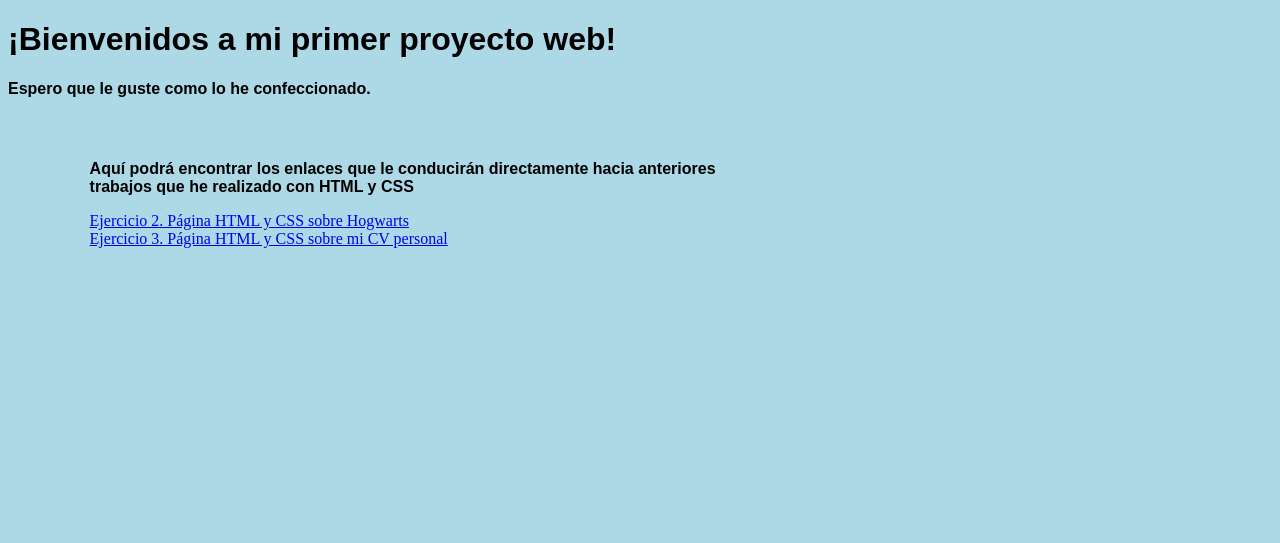
Repository: Pablosky971/Ejercicio-4.-Proyecto-Web
Page: http://localhost/Ejercicio4/
These files come from the project's save history. The page is drawn as it stood at one moment and after the next save; the edit follows.
The browser window is 1280 px wide. The pictures show the whole page.
The page is served by Tomcat 9.

Above is the page before, as saved 2022-03-09 12:47:39.

After the next save:
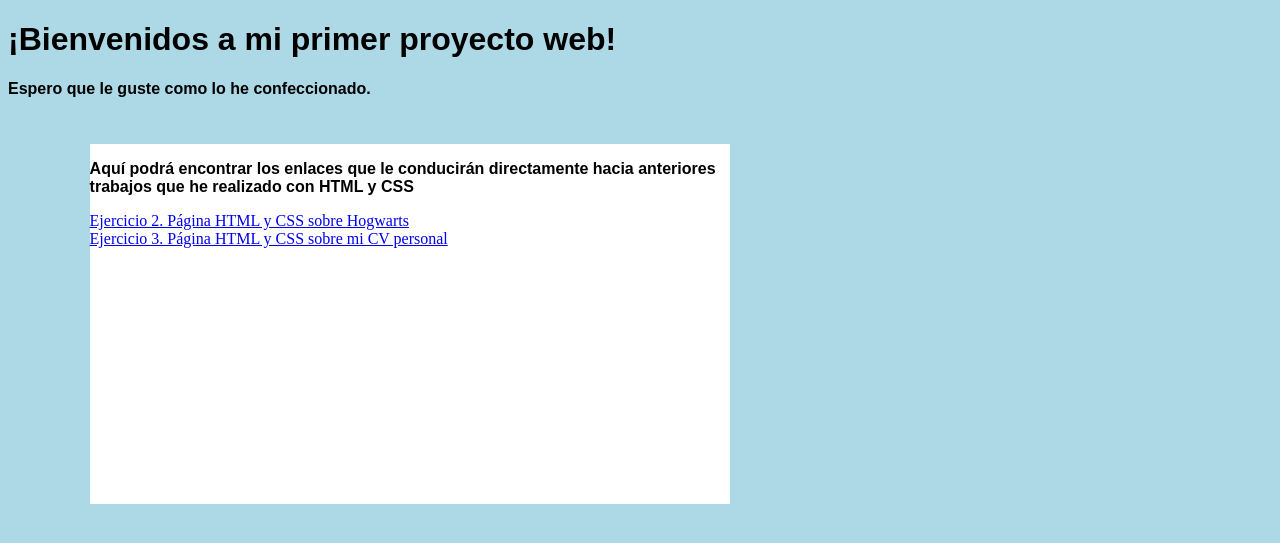
Saved 10 s later.
--- a/Ejercicio4/src/main/webapp/css/index.css
+++ b/Ejercicio4/src/main/webapp/css/index.css
@@ -19,7 +19,7 @@ h3.navegacion {
 }
 
 nav {
-	background-color: lightwhite;
+	background-color: white;
 	position: absolute;
 	top: 20%;
 	left: 7%;
